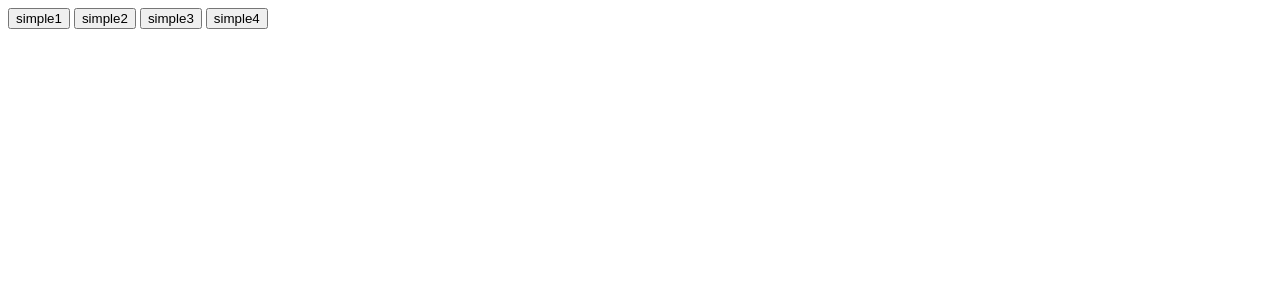
Repository: Shinhan1/shinhan
Page: http://localhost/web_goott/w20200320/ajaxEx04.jsp
The author's editor kept a copy of each file at every save. The page is drawn from the files as they stood at one save, then again after the next save.
The browser window is 1280 px wide. The pictures show the whole page.
The page is served by Tomcat 9.

Above is the page before, as saved 2020-03-20 07:11:48.

After the next save:
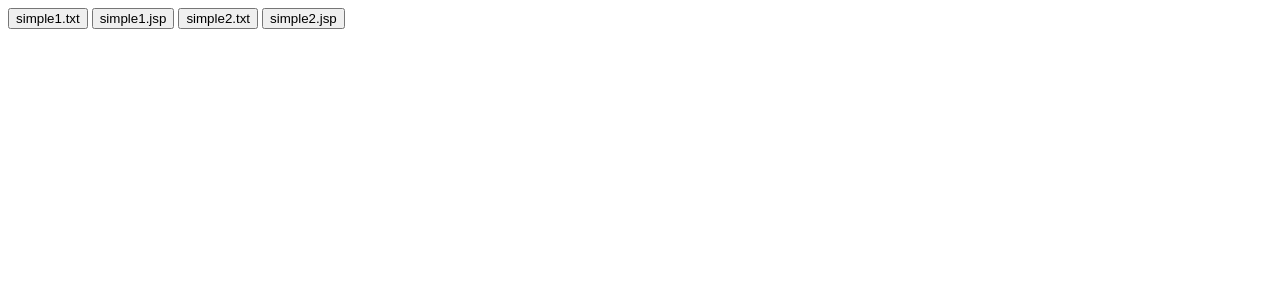
Saved 22 s later.
--- a/web_goott/WebContent/w20200320/ajaxEx04.jsp
+++ b/web_goott/WebContent/w20200320/ajaxEx04.jsp
@@ -12,10 +12,10 @@
 	: 자바스크립트를 이용해서 서버와 XML(데이터)로 부터 데이터를 추출하여
 	    웹페이지 전체 갱신없이 부분적으로 갱신하여 출력할 수 있도록 하는 기술 -->
 
-	<input type="button" value="simple1" onclick="load('simple1.txt')" />
-	<input type="button" value="simple2" onclick="load('simple2.jsp')" />
-	<input type="button" value="simple3" onclick="load('simple3.txt')" />
-	<input type="button" value="simple4" onclick="load('simple4.jsp')" />
+	<input type="button" value="simple1.txt" onclick="load('simple1.txt')" />
+	<input type="button" value="simple1.jsp" onclick="load('simple1.jsp')" />
+	<input type="button" value="simple2.txt" onclick="load('simple2.txt')" />
+	<input type="button" value="simple2.jsp" onclick="load('simple2.jsp')" />
 
 </body>
 </html>
